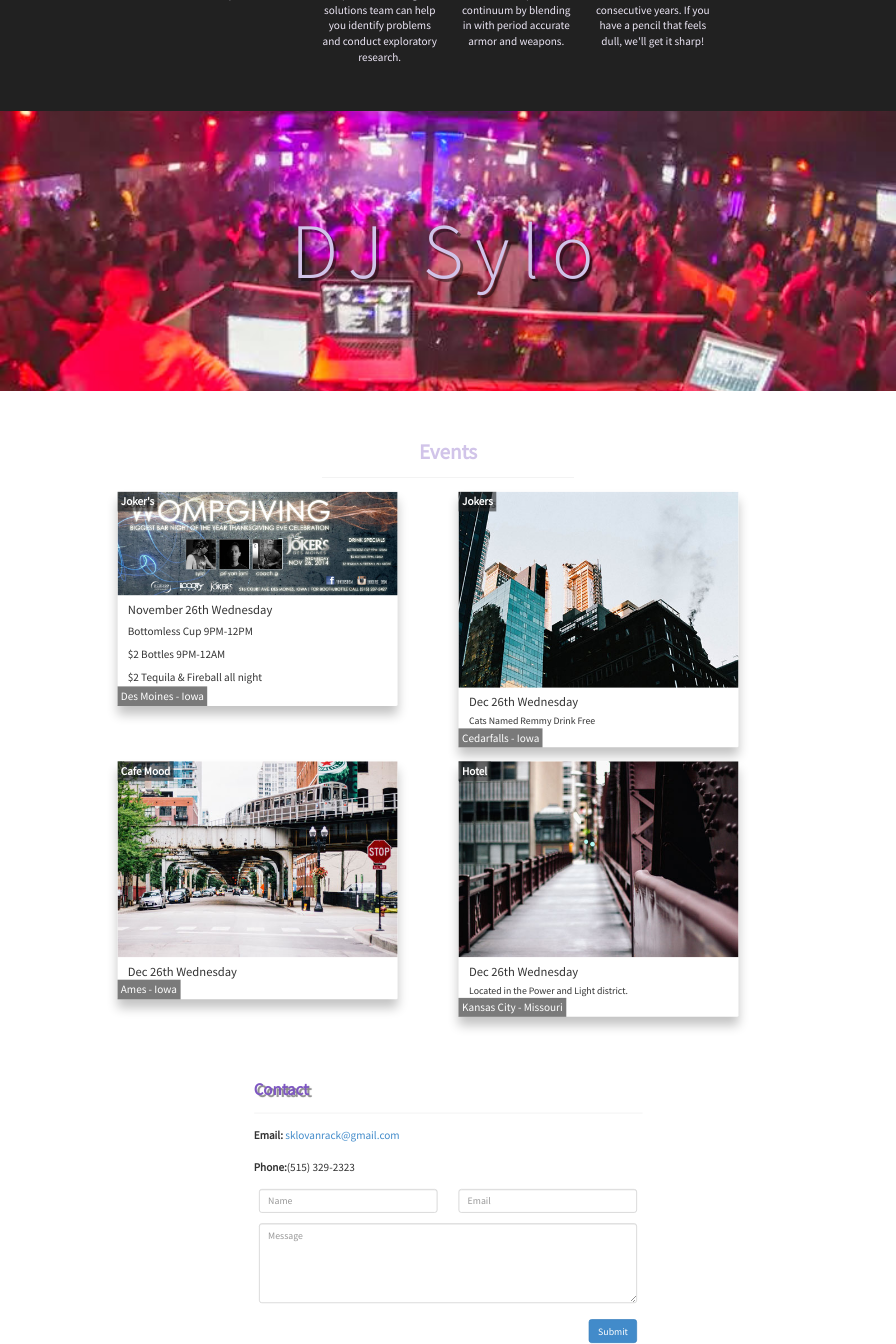
Repository: BambooXLotus/DjSylo
Page: client/index.html
The author's editor kept a record of every edit. The page is drawn from the files as they stood at one moment, then again after the next edit.
The browser window is 1280 px wide. The pictures show the part of the page from y = 1961 to 3881 px (the page is 4290 px tall), at 70% of full size.
Some icons come from a web library that is not loaded, so they are not drawn. Backgrounds fixed to the window are drawn as part of the page. Some web libraries are served in a nearby version.

Above is the page before.

### client/index.html
<!DOCTYPE html>
<html lang="en">

<head>
    <meta charset="utf-8">
    <meta name="viewport" content="width=device-width, initial-scale=1.0">
    <meta name="description" content="">
    <meta name="author" content="">
    <title>DJ Sylo</title>
    <!-- Bootstrap core CSS
        -->
    <link href="css/bootstrap.css" rel="stylesheet">
    <!-- Add custom CSS here -->
    <link href="css/stylish-portfolio.css" rel="stylesheet">
    <link href="//maxcdn.bootstrapcdn.com/font-awesome/4.1.0/css/font-awesome.min.css" rel="stylesheet">
    <link href="css/nanogallery.min.css" rel="stylesheet" type="text/css">
</head>

<body>
    <!-- Side Menu -->
    <nav class="navbar navbar-fixed-top navbar-inverse" role="navigation">
        <div class="container">
            <div class="navbar-header">
                <button type="button" class="navbar-toggle" data-toggle="collapse" data-target=".navbar-ex1-collapse">
                    <span class="sr-only">Toggle navigation</span>
                    <span class="icon-bar"></span>
                    <span class="icon-bar"></span>
                    <span class="icon-bar"></span>
                </button>
                <a class="navbar-brand" href="#top">DJ Sylo</a>
            </div>
            <!-- Collect the nav links, forms, and other content for toggling -->
            <div class="collapse navbar-collapse navbar-ex1-collapse">
                <ul class="nav navbar-nav">
                    <li>
                        <a href="#top">Home</a>
                    </li>
                    <li>
                        <a href="#about">Bio</a>
                    </li>
                    <li>
                        <a href="#gallery">Gallery</a>
                    </li>
                    <li>
                        <a href="#services">Services</a>
                    </li>
                    <li>
                        <a href="#portfolio">Events</a>
                    </li>
                    <li>
                        <a href="#portfolio">Discography</a>
                    </li>
                    <li>
                        <a href="#contact">Contact</a>
                    </li>
                </ul>
            </div>
            <!-- /.navbar-collapse -->
        </div>
        <!-- /.container -->
    </nav>
    <!-- /Side Menu -->
    <!-- Full Page Image Header Area -->
    <div id="top" class="header">
        <div class="vert-text">
            <div class="hero">
                <a href="#contact"><h1>DJ Sylo</h1></a>
            </div>
        </div>
    </div>
    <!-- /Full Page Image Header Area -->
    <!-- Intro -->
    <div id="about" class="about">
        <div class="container">
            <div class="row">
                <div class="col-md-3 col-md-offset-1">
                    <img class="img-circle img-responsive circle-shadow" src="img/portrait-sm.jpg">
                </div>
                <div class="col-md-6 col-xs-12">
                    <div class="panel panel-default dialog">
                        <div class="panel-heading">
                            <h3>DJ Sylo</h3>
                        </div>
                        <div class="panel-body">
                            <h4>Kansas City, MO</h4>
                            <p>Style: Electronic, Pop, Hip hop.</p>
                            <p>Inpsirations: Calvin Harris, Zedd, Adventure CLub.</p>
                            <p>Musical flavor, stage presence, and a feel for the crowd, DJ Sylo's unique taste and style of music has touched dancefloors across Iowa, as well as the 2012 515 Alive electronic music festival. Sylo's presence is gaining notoriety
                                in both the club and the electronic dance music scene. Armed with her Numark NS7, DJ Sylo is now a member of iParty Crew's Sonic Crystals, a division created by Pri yon Joni; as well as a frequent booked artist by DJ Raj's
                                Eclipse Entertainment.</p>
                            <p>If you would like information on booking please contact me at <a href="sklovanrack@gmail.com">sklovanrack@gmail.com</a>
                            </p>
                        </div>
                    </div>
                </div>
            </div>
        </div>
    </div>
    <!-- /Intro -->
    <!-- Gallery -->
    <div id="gallery" class="gallery">
        <div class="container">
            <div class="row">
                <div class="col-md-6 col-md-offset-3 text-center">
                    <h2>Gallery</h2>
                    <hr>
                </div>
            </div>
            <div class="row">
                <div class="col-md-10 col-md-offset-1 col-xs-12 text-center">
                    <div id="nanoGallery2"></div>
                </div>
            </div>
        </div>
    </div>
    <!-- /Gallery -->
    <!-- Services -->
    <div id="services" class="services">
        <div class="container">
            <div class="row">
                <div class="col-md-4 col-md-offset-4 text-center">
                    <h2>Our Services</h2>
                    <hr>
                </div>
            </div>
            <div class="row">
                <div class="col-md-offset-3 col-md-6">
                    <iframe width="100%" height="166" scrolling="no" frameborder="no" src="https://w.soundcloud.com/player/?url=https%3A//api.soundcloud.com/tracks/160960689&amp;color=ff5500&amp;auto_play=false&amp;hide_related=false&amp;show_comments=true&amp;show_user=true&amp;show_reposts=false"></iframe>
                </div>
            </div>
            <div class="row">
                <div class="col-md-2 col-md-offset-2 text-center">
                    <div class="service-item">
                        <i class="service-icon fa fa-rocket"></i>
                        <h4>Special Events</h4>
                        <p>6 hours of Djing, turn tables and sattelite speaker.</p>
                    </div>
                </div>
                <div class="col-md-2 text-center">
                    <div class="service-item">
                        <i class="service-icon fa fa-magnet"></i>
                        <h4>Problem Solving</h4>
                        <p>Need to know how magnets work? Our problem solving solutions team can help you identify problems and conduct exploratory research.</p>
                    </div>
                </div>
                <div class="col-md-2 text-center">
                    <div class="service-item">
                        <i class="service-icon fa fa-shield"></i>
                        <h4>Blacksmithing</h4>
                        <p>Planning a time travel trip to the middle ages? Preserve the space time continuum by blending in with period accurate armor and weapons.</p>
                    </div>
                </div>
                <div class="col-md-2 text-center">
                    <div class="service-item">
                        <i class="service-icon fa fa-pencil"></i>
                        <h4>Pencil Sharpening</h4>
                        <p>We've been voted the best pencil sharpening service for 10 consecutive years. If you have a pencil that feels dull, we'll get it sharp!</p>
                    </div>
                </div>
            </div>
        </div>
    </div>
    <!-- /Services -->
    <!-- Callout -->
    <div class="callout">
        <div class="vert-text">
            <h1>DJ Sylo</h1>
        </div>
    </div>
    <!-- /Callout -->
    <!-- Portfolio -->
    <div id="portfolio" class="portfolio">
        <div class="container">
            <div class="row">
                <div class="col-md-4 col-md-offset-4 text-center">
                    <h2>Events</h2>
                    <hr>
                </div>
            </div>
            <div class="row">
                <div class="col-md-5 col-md-offset-1">
                    <div class="panel card fixed-card">
                        <div class="card-heading">
                            <h3 class="panel-title">Joker's</h3>
                            <h4 class="panel-title stickyBottom">Des Moines - Iowa</h4>
                            <a href="https://www.facebook.com/jokersdsm">
                                <img class="img-portfolio img-responsive" src="img/Events/wompgiving2014.jpg">
                            </a>
                        </div>
                        <div class="panel-body">
                            <h4>November 26th Wednesday</h4>
                            <p>Bottomless Cup 9PM-12PM</p>
                            <p>$2 Bottles 9PM-12AM</p>
                            <p>$2 Tequila & Fireball all night</p>
                        </div>
                    </div>
                </div>
                <div class="col-md-5">
                    <div class="panel card fixed-card">
                        <div class="card-heading">
                            <h3 class="panel-title">Jokers</h3>
                            <h4 class="panel-title stickyBottom">Cedarfalls - Iowa</h4>
                            <img class="img-portfolio img-responsive" src="img/portfolio-2.jpg">
                        </div>
                        <div class="panel-body">
                            <h4>Dec 26th Wednesday</h4>
                            <h5>Cats Named Remmy Drink Free</h5>
                        </div>
                    </div>
                </div>
            </div>
            <div class="row">
                <div class="col-md-5 col-md-offset-1">
                    <div class="panel card fixed-card">
                        <div class="card-heading">
                            <h3 class="panel-title">Cafe Mood</h3>
                            <h4 class="panel-title stickyBottom">Ames - Iowa</h4>
                            <img class="img-portfolio img-responsive" src="img/portfolio-3.jpg">
                        </div>
                        <div class="panel-body">
                            <h4>Dec 26th Wednesday</h4>
                        </div>
                    </div>
                </div>
                <div class="col-md-5">
                    <div class="panel card fixed-card">
                        <div class="card-heading">
                            <h3 class="panel-title">Hotel</h3>
                            <h4 class="panel-title stickyBottom">Kansas City - Missouri</h4>
                            <img class="img-portfolio img-responsive" src="img/portfolio-4.jpg">
                        </div>
                        <div class="panel-body">
                            <h4>Dec 26th Wednesday</h4>
                            <h5>Located in the Power and Light district.</h5>
                        </div>
                    </div>
                </div>
            </div>
        </div>
    </div>
    <!-- /Portfolio -->
    <!-- Map -->
    <div id="contact">
        <div class="container">
            <div class="row">
                <div class="col-md-6 col-md-offset-3">
                    <h3>Contact</h3>
                    <hr>
                    <address>
                            <strong>Email:</strong>
                            <a href="mailto:#">sklovanrack@gmail.com</a>
                            <br>
                            <br>
                            <strong>Phone:</strong>(515) 329-2323</address>
                </div>
            </div>
            <div>
                <div class="col-md-6 col-md-offset-3 contact-form">
                    <form id="contact" method="post" class="form" role="form">
                        <div class="row">
                            <div class="col-xs-6 col-md-6 form-group">
                                <input class="form-control" id="name" name="name" placeholder="Name" type="text" />
                            </div>
                            <div class="col-xs-6 col-md-6 form-group">
                                <input class="form-control" id="email" name="email" placeholder="Email" type="email" required />
                            </div>
                        </div>
                        <textarea class="form-control" id="message" name="message" placeholder="Message" rows="5"></textarea>
                        <br />
                        <div class="row">
                            <div class="col-xs-12 col-md-12 form-group">
                                <button class="btn btn-primary pull-right" type="submit">Submit</button>
                            </div>
                        </div>
                    </form>
                </div>
            </div>
        </div>
    </div>
    <!-- /Map -->
    <!-- Footer -->
    <footer>
        <div class="container">
            <div class="row">
                <div class="col-md-6 col-md-offset-3 text-center">
                    <ul class="list-inline">
                        <li>
                            <a class="fa fa-facebook fa-3x" href="https://www.facebook.com/DJSyloSonicCrystals"></a>
                        </li>
                        <li>
                            <i class="fa fa-twitter fa-3x"></i>
                        </li>
                        <li>
                            <i class="fa fa-instagram fa-3x"></i>
                        </li>
                        <li>
                            <a class="fa fa-soundcloud fa-3x" href="https://soundcloud.com/bambooproduction/sets"></a>
                        </li>
                    </ul>
                    <div class="top-scroll">
                        <a href="#top"><i class="fa fa-circle-arrow-up scroll fa-4x"></i></a>
                    </div>
                    <hr>
                    <p>Copyright &copy; Bamboo Lotus 2014</p>
                </div>
            </div>
        </div>
    </footer>
    <!-- /Footer -->
    <!-- JavaScript -->
    <script src="js/jquery-1.10.2.js"></script>
    <script src="js/bootstrap.js"></script>

    <!-- nanoGALLERY plugin files -->
    <script type="text/javascript" src="js/jquery.nanogallery.min.js"></script>
    <!-- Custom JavaScript for the Side Menu and Smooth Scrolling
        -->
    <script>
        $("#menu-close").click(function(e) {
            e.preventDefault();
            $("#sidebar-wrapper").toggleClass("active");
        });
    </script>
    <script>
        $("#menu-toggle").click(function(e) {
            e.preventDefault();
            $("#sidebar-wrapper").toggleClass("active");
        });
    </script>
    <script>
        $(function() {
            $('a[href*=#]:not([href=#])').click(function() {
                if (location.pathname.replace(/^\//, '') == this.pathname.replace(/^\//, '') || location.hostname == this.hostname) {

                    var target = $(this.hash);
                    target = target.length ? target : $('[name=' + this.hash.slice(1) + ']');
                    if (target.length) {
                        $('html,body').animate({
                            scrollTop: target.offset().top
                        }, 1000);
                        return false;
                    }
                }
            });

            $("#nanoGallery2").nanoGallery({
                thumbnailWidth: 'auto',
                thumbnailHeight: 200,
                userID: 'derensomsanith@gmail.com',
                kind: 'picasa',
                album: '6020738059883313137',
                colorSchemeViewer: 'light',
                thumbnailHoverEffect: [{
                    name: 'labelAppear75',
                    duration: 300
                }],
                thumbnailGutterWidth: 1,
                thumbnailGutterHeight: 1,
                i18n: {
                    thumbnailImageDescription: 'View Photo',
                    thumbnailAlbumDescription: 'Open Album'
                },
                thumbnailLabel: {
                    display: true,
                    position: 'overImageOnMiddle',
                    align: 'center'
                },
                photoSorting: 'random',
                lazyBuild: 'none',
                lazyBuildTreshold: 300
            });
        });

        (function(i, s, o, g, r, a, m) {
            i['GoogleAnalyticsObject'] = r;
            i[r] = i[r] || function() {
                (i[r].q = i[r].q || []).push(arguments)
            }, i[r].l = 1 * new Date();
            a = s.createElement(o),
                m = s.getElementsByTagName(o)[0];
            a.async = 1;
            a.src = g;
            m.parentNode.insertBefore(a, m)
        })(window, document, 'script', '//www.google-analytics.com/analytics.js', 'ga');

        ga('create', 'UA-56532059-1', 'auto');
        ga('send', 'pageview');
    </script>
</body>

</html>

### client/css/stylish-portfolio.css
/* Global Styles */

@import url(http://fonts.googleapis.com/css?family=Source+Sans+Pro:100,200,300,400);

html,
body {
  height: 100%;
  width: 100%;
  font-family: 'Source Sans Pro', sans-serif;
  font-size: 16px;
}

h1 {
  color: #D1C4E9;
  text-shadow: 4px 4px 1px rgba(0, 0, 0, 0.45);
}

h1 a:link {
    text-decoration: none;
}

h2 {
  color: #D1C4E9;
  font-weight: bold;
}

h3 {
  color: #7E57C2;
  text-shadow: 4px 4px 1px rgba(0, 0, 0, 0.45);
  font-weight: bold;
}
.vert-text {
  display: table-cell;
  vertical-align: middle;
  text-align: center;
}
.vert-text h1 {
  padding: 0;
  margin: 0;
  font-size: 4.5em;
  font-weight: 300;
  letter-spacing: .15em;
  font-size: 7em;
}
/* Side Menu */

.nav {
  background-color: #212121;
  text-transform: uppercase;
  letter-spacing: .1em;
  font-size: 1em;
  font-weight: 300;
}
#sidebar-wrapper {
  margin-right: -250px;
  right: 0;
  width: 250px;
  background: #000;
  position: fixed;
  height: 100%;
  overflow-y: auto;
  z-index: 1000;
  -webkit-transition: all 0.4s ease 0s;
  -moz-transition: all 0.4s ease 0s;
  -ms-transition: all 0.4s ease 0s;
  -o-transition: all 0.4s ease 0s;
  transition: all 0.4s ease 0s;
}
.sidebar-nav {
  position: absolute;
  top: 0;
  width: 250px;
  list-style: none;
  margin: 0;
  padding: 0;
}
.sidebar-nav li {
  line-height: 40px;
  text-indent: 20px;
}
.sidebar-nav li a {
  color: #999999;
  display: block;
  text-decoration: none;
}
.sidebar-nav li a:hover {
  color: #fff;
  background: rgba(255, 255, 255, 0.2);
  text-decoration: none;
}
.sidebar-nav li a:active,
.sidebar-nav li a:focus {
  text-decoration: none;
}
.sidebar-nav > .sidebar-brand {
  height: 55px;
  line-height: 55px;
  font-size: 18px;
}
.sidebar-nav > .sidebar-brand a {
  color: #999999;
}
.sidebar-nav > .sidebar-brand a:hover {
  color: #fff;
  background: none;
}
#menu-toggle {
  top: 0;
  right: 0;
  position: fixed;
  z-index: 1;
}
#sidebar-wrapper.active {
  right: 250px;
  width: 250px;
  -webkit-transition: all 0.4s ease 0s;
  -moz-transition: all 0.4s ease 0s;
  -ms-transition: all 0.4s ease 0s;
  -o-transition: all 0.4s ease 0s;
  transition: all 0.4s ease 0s;
}
.toggle {
  margin: 5px 5px 0 0;
}
/* Full Page Image Header Area */

.header {
  display: table;
  height: 100%;
  width: 100%;
  position: relative;
  background: url(../img/DJSyloJumbotron.jpeg) no-repeat center center fixed;
  -webkit-background-size: cover;
  -moz-background-size: cover;
  -o-background-size: cover;
  background-size: cover;
}
/* Intro */

.intro {
  padding: 50px 0;
}
/* About */

.about {
  background: #EDE7F6;
  padding: 50px 0;
}

/* Gallery */
.gallery{
  background: #212121;
}
/* Services */
.services {
  background: #212121;
  padding: 50px 0;
  color: #EDE7F6;
}
.service-item {
  margin-bottom: 15px;
}
i.service-icon {
  border: 3px solid #ffffff;
  border-radius: 50%;
  display: inline-block;
  font-size: 56px;
  width: 140px;
  height: 140px;
  line-height: 136px;
  vertical-align: middle;
  text-align: center;
}
/* Callout */

.callout {
  color: #ffffff;
  display: table;
  height: 400px;
  width: 100%;
  background: url(../img/callout_DJSylo.jpeg) no-repeat center center fixed;
  -webkit-background-size: cover;
  -moz-background-size: cover;
  -o-background-size: cover;
  background-size: cover;
}
/* Portfolio */

.portfolio {
  padding: 50px 0;
}
.portfolio-item {
  margin-bottom: 25px;
}
.img-portfolio {
  margin: 0 auto;
}

/* Map */

.map {
  height: 500px;
}
/* Footer */

footer {
  padding: 100px 0;
}
.top-scroll {
  margin-top: 50px;
}
.top-scroll a {
  text-decoration: none;
  color: inherit;
}
i.scroll {
  color: #333333;
}
i.scroll:hover {
  color: #0a5175;
}
/* Responsive */

@media (max-width: 868px) {
  .header {
    background: url(../img/DJSyloJumbotron.jpeg) no-repeat center center scroll;
  }
  .callout {
    background: url(../img/callout_DJSylo.jpeg) no-repeat center center scroll;
  }
  .map {
    height: 75%;
  }
}
html,
body {
  height: 100%;
}
.carousel,
.item,
.active {
  height: 100%;
}
.carousel-inner {
  height: 100%;
}
.fill {
  width: 100%;
  height: 100%;
  background-position: center;
  background-size: cover;
}
/* faster sliding speed */

.carousel-inner > .item {
  -webkit-transition: 0.3s ease-in-out left;
  -moz-transition: 0.3s ease-in-out left;
  -o-transition: 0.3s ease-in-out left;
  transition: 0.3s ease-in-out left;
}
/* keep full widget on smaller screens */

@media (max-width: 767px) {
  body {
    padding-left: 0;
    padding-right: 0;
  }
}
#galleryContainer {
  background: #DDD;
  max-width: 1000px;
  max-height: 500px;
}
.item img {
  width: 50%;
}
.item.w2 {
  width: 25%;
}
.circle-shadow {
  box-shadow: 0 19px 38px rgba(0, 0, 0, 0.30);
}
/* Card, Dialog */

.card,
.dialog {
  border-radius: 2px;
  border: 0px;
  position: relative;
  display: inline-block;
  vertical-align: top;
  background-color: #fff;
  box-shadow: 0 12px 15px 0 rgba(0, 0, 0, 0.24);
}
.fixed-card {
  max-width: 400px;
  max-height: 400px;
}
.panel:hover .panel-title {
  background: #e91e63;
}
.panel-title {
  position: absolute;
  background: rgba(34, 34, 34, 0.6);
  color: White;
  padding: 5px;
  z-index: 3;
  -webkit-transition: all .6s ease-in-out;
  -moz-transition: all .6s ease-in-out;
  -o-transition: all .6s ease-in-out;
  -ms-transition: all .6s ease-in-out;
  transition: all .6s ease-in-out;
}
.panel-default > .panel-heading {
  border-radius: 0;
  background: transparent;
  border: 0px;
}
.panel-heading {
  padding: 0px 15px;
}
.panel-body {
  padding: 0px 15px;
  padding-bottom: 20px;
}
.card-heading {
  border-radius: 0;
  background: transparent;
  overflow: hidden;
  padding: 0px;
  border-bottom: 0px;
}
.stickyBottom {
  position: absolute;
  bottom: 0;
  left: 0;
}

Loaded but not shown: client/css/bootstrap.css (library); client/css/nanogallery.min.css (library); client/js/jquery-1.10.2.js (library); client/js/bootstrap.js (library); client/js/jquery.nanogallery.min.js (library)

After the next edit:
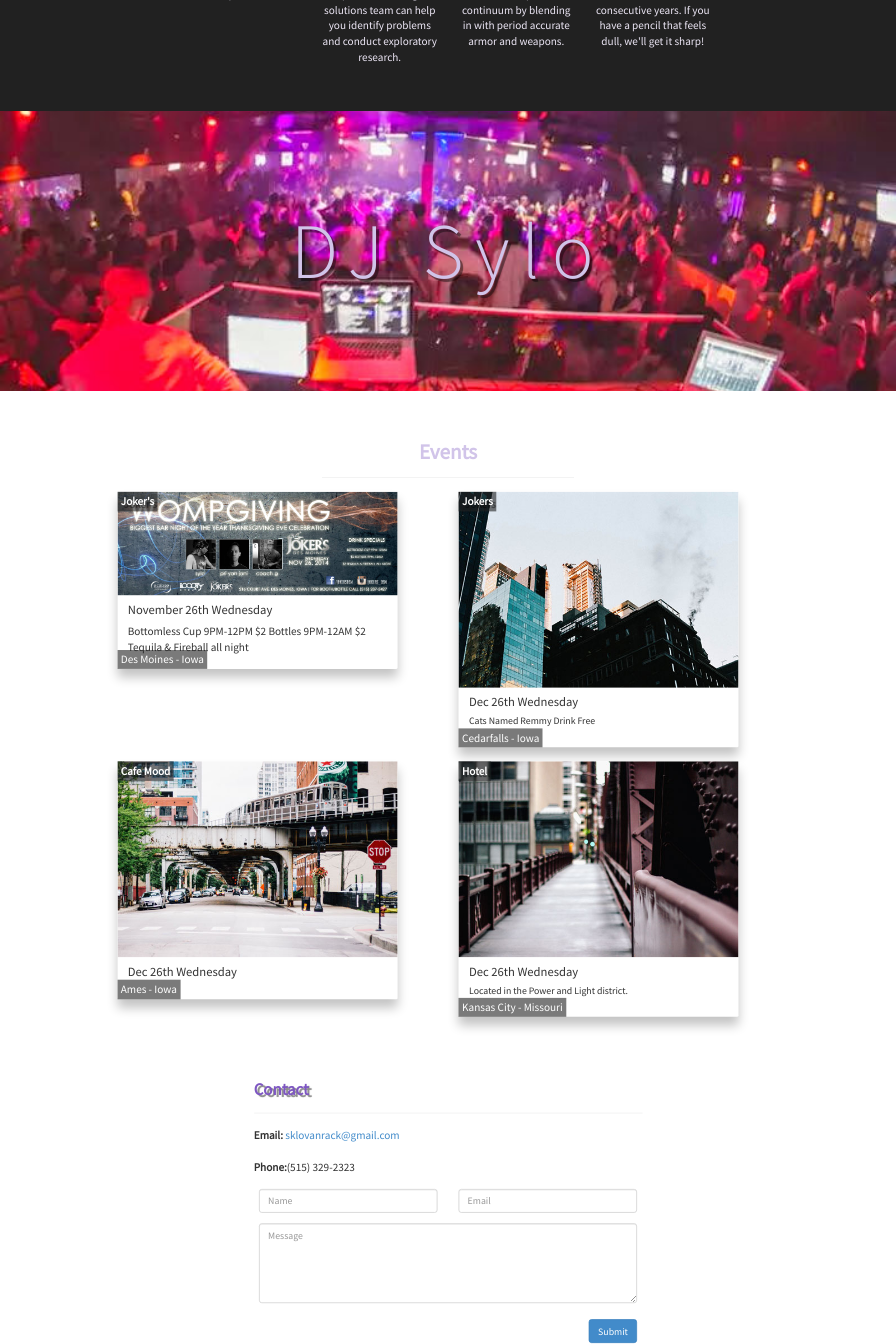
The edit:
--- a/client/index.html
+++ b/client/index.html
@@ -189,9 +189,9 @@
                         </div>
                         <div class="panel-body">
                             <h4>November 26th Wednesday</h4>
-                            <p>Bottomless Cup 9PM-12PM</p>
-                            <p>$2 Bottles 9PM-12AM</p>
-                            <p>$2 Tequila & Fireball all night</p>
+                            <span>Bottomless Cup 9PM-12PM</span>
+                            <span>$2 Bottles 9PM-12AM</span>
+                            <span>$2 Tequila & Fireball all night</span>
                         </div>
                     </div>
                 </div>
